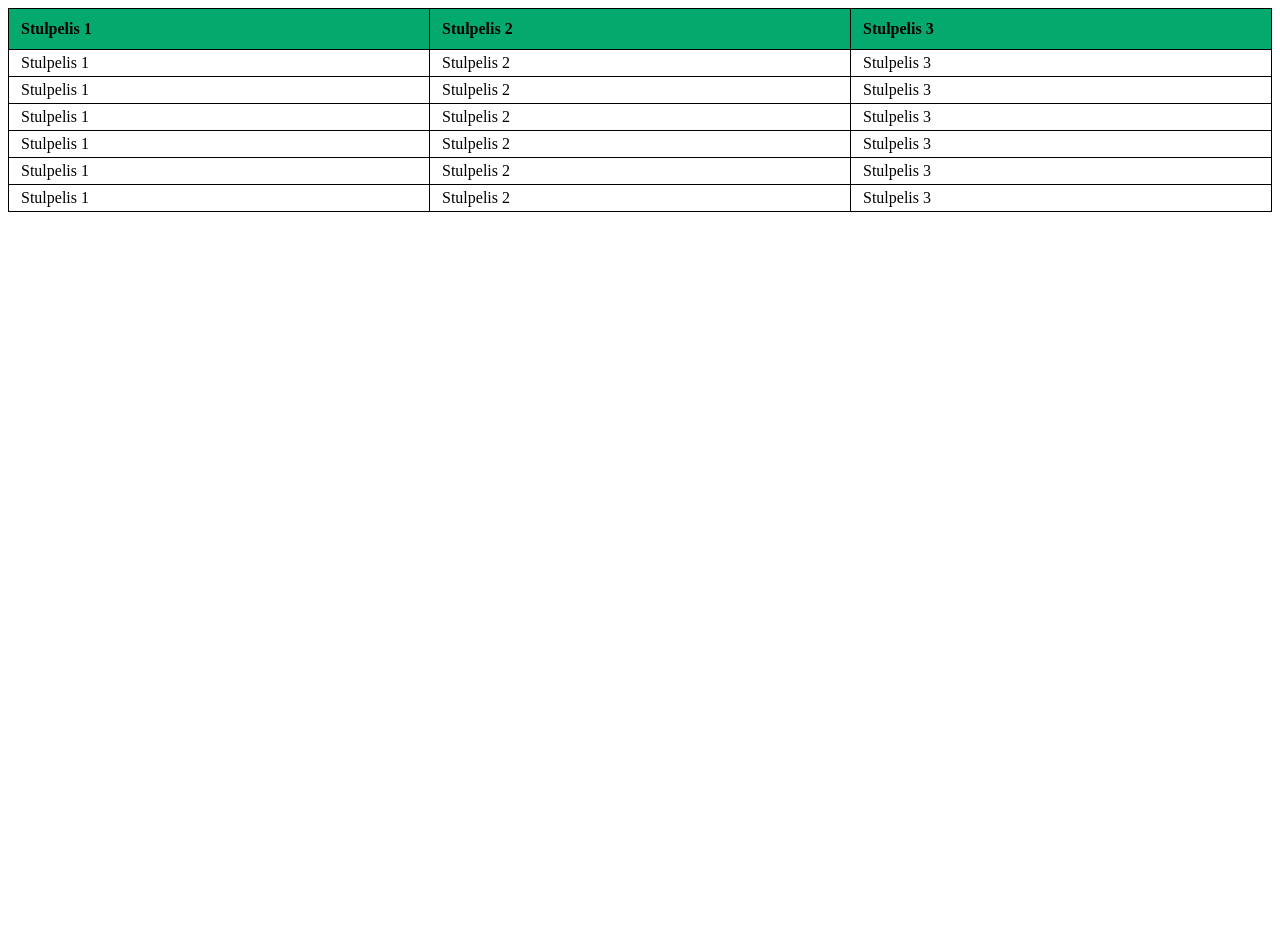
Repository: motiejus1/10-paskaita-05.31
Page: index.html
These files come from the project's save history. The page is drawn as it stood at one moment and after a run of saves; the edit follows.
The browser window is 1280 px wide. The pictures show the part of the page from y = 0 to 952 px (the page is 3220 px tall).
Backgrounds fixed to the window are drawn as part of the page.

Above is the page before, as saved 2021-06-16 19:57:21.

### index.html
<!DOCTYPE html>
<html lang="en">
<head>
    <meta charset="UTF-8">
    <meta http-equiv="X-UA-Compatible" content="IE=edge">
    <meta name="viewport" content="width=device-width, initial-scale=1.0">
    <title>10 paskaita</title>

    <style>
        .container {
            width: 100%;
            height: 1800px;
        }


        /* Fono spalvos */

        .fonas-spalva {
            background-color: green;
            opacity: 0.7;
        }

        .fonas {
            background-color: #657AD3;
            opacity: 0.7;
        }

        .fonas-rgb {
            background-color:rgb(101, 122, 211);
            opacity: 0.7;
        }

        .fonas-rgba {
            background-color:rgba(101, 122, 211, 0.7);
        }

        /* Paveiksliukas kaip fonas */
        .paveiksliukas {
            height: 100%;
            background-image: url("https://images.unsplash.com/photo-1593642531955-b62e17bdaa9c?ixid=MnwxMjA3fDF8MHxwaG90by1wYWdlfHx8fGVufDB8fHx8&ixlib=rb-1.2.1&auto=format&fit=crop&w=750&q=80");
            background-color:grey;
            background-repeat: no-repeat;
            opacity: 0.7;
            background-attachment: fixed;
            /* background-position: 5px 5px; */
            /* background-position: center center; */
            /* background-size: 100% 100%; */
            /* background-size: contain; background-size: 100% */
            /* background-size: cover; */


        }

        table {
            border: 1px solid black;
            margin-bottom: 1200px;
            width: 100%;
            border-collapse: collapse;
        }


        td, th {
            border: 1px solid black;
            padding-left: 12px;
        }

        th {
            text-align: left;
            padding-top: 11px;
            padding-bottom: 11px;
            background-color: #04AA6D;
        }

        td {
            padding-top: 4px;
            padding-bottom: 4px;
        }
    </style>
</head>
<body>

    <table>
        <tr>
            <th>Stulpelis 1</th>
            <th>Stulpelis 2</th>
            <th>Stulpelis 3</th>
        </tr>
        <tr>
            <td>Stulpelis 1</td>
            <td>Stulpelis 2</td>
            <td>Stulpelis 3</td>
        </tr>
        <tr>
            <td>Stulpelis 1</td>
            <td>Stulpelis 2</td>
            <td>Stulpelis 3</td>
        </tr>
        <tr>
            <td>Stulpelis 1</td>
            <td>Stulpelis 2</td>
            <td>Stulpelis 3</td>
        </tr>
        <tr>
            <td>Stulpelis 1</td>
            <td>Stulpelis 2</td>
            <td>Stulpelis 3</td>
        </tr>
        <tr>
            <td>Stulpelis 1</td>
            <td>Stulpelis 2</td>
            <td>Stulpelis 3</td>
        </tr>
        <tr>
            <td>Stulpelis 1</td>
            <td>Stulpelis 2</td>
            <td>Stulpelis 3</td>
        </tr>
    </table>

    <div class="container fonas-rgba">
        <div class="paveiksliukas">
            Tekstas
        </div>
    </div>
</body>
</html>

After the next 7 saves:
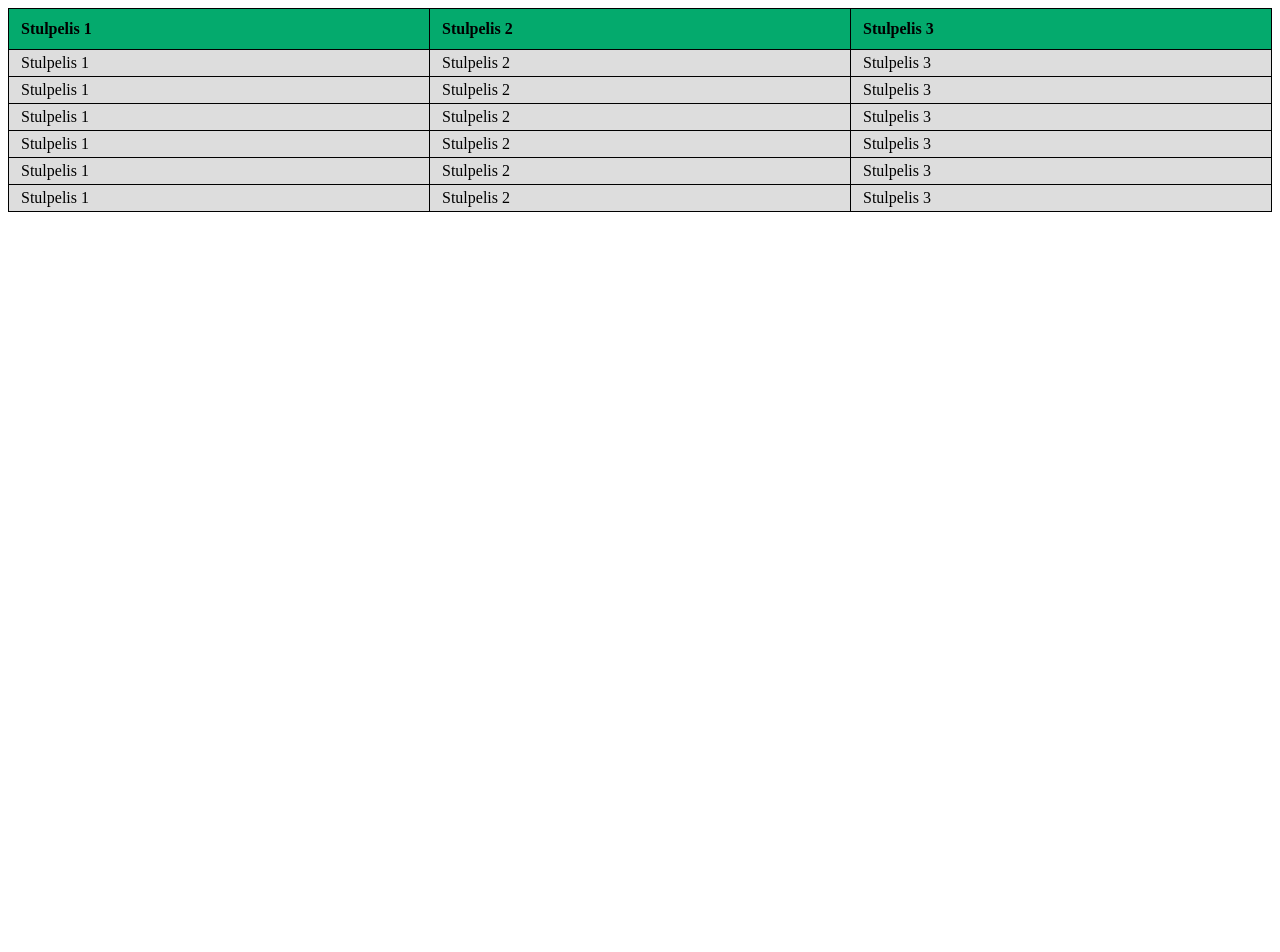
The 7 saves are shown as one change because they came seconds apart.
The last was saved 2 min 33 s later.
--- a/index.html
+++ b/index.html
@@ -75,6 +75,10 @@
             padding-top: 4px;
             padding-bottom: 4px;
         }
+
+        tr {
+            background-color: #ddd;
+        }
     </style>
 </head>
 <body>

After the 3 saves that followed:
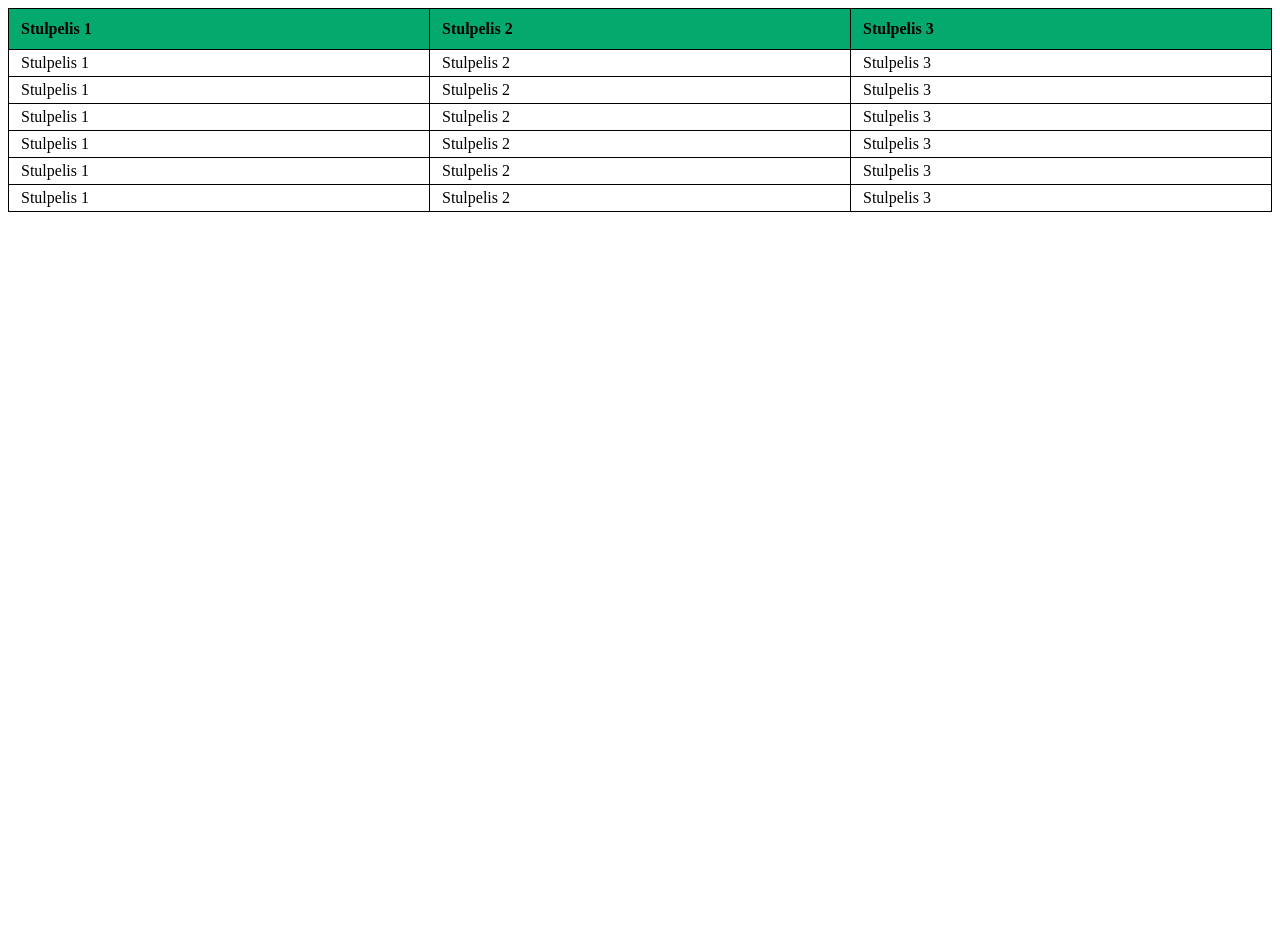
The 3 saves are shown as one change because they came seconds apart.
The last was saved 28 s later.
--- a/index.html
+++ b/index.html
@@ -76,7 +76,7 @@
             padding-bottom: 4px;
         }
 
-        tr {
+        tr:nth-child() {
             background-color: #ddd;
         }
     </style>
